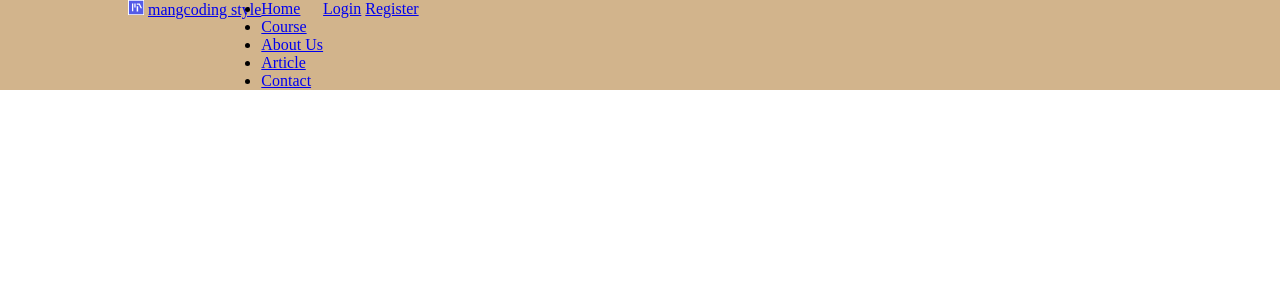
Repository: Dania-Alqam/landing-page
Page: index.html
An editor plug-in stored every save of this project. The page is shown before and after a run of saves, followed by the edit.
The browser window is 1280 px wide. The pictures show the whole page.

Above is the page before, as saved 2024-06-21 19:14:56.

### index.html
<!DOCTYPE html>
<html lang="en">
  <head>
    <meta charset="UTF-8" />
    <meta name="viewport" content="width=device-width, initial-scale=1.0" />
    <title>Document</title>
    <link rel="stylesheet" href="./assests/css/main.css" />
    <link />
  </head>
  <body>
    <header class="header">
      <div class="container">
        <div class="row">
          <div class="logo">
            <img src="./assests/images/Logo.svg" alt="logo" />
            <a href="#">mangcoding style</a>
          </div>
          <nav class="nav">
            <ul>
              <li>
                <a href="#">Home</a>
              </li>
              <li>
                <a href="#">Course</a>
              </li>
              <li>
                <a href="#">About Us</a>
              </li>
              <li>
                <a href="#">Article</a>
              </li>
              <li>
                <a href="#">Contact</a>
              </li>
            </ul>
          </nav>
          <div class="auth">
            <a href="#">Login</a>
            <a href="#">Register</a>
          </div>
        </div>
      </div>
    </header>
  </body>
</html>

### assests/css/main.css
*{
    margin: 0;
    padding: 0;
    box-sizing: border-box;
}
.container{

    width: 80%;
    margin: auto;
}

.header{
    /* it will not work becuase we added contianer so we add row*/
    /* display: flex; */
    background-color: tan
}

.row{
    display: flex;
}

After the next 3 saves:
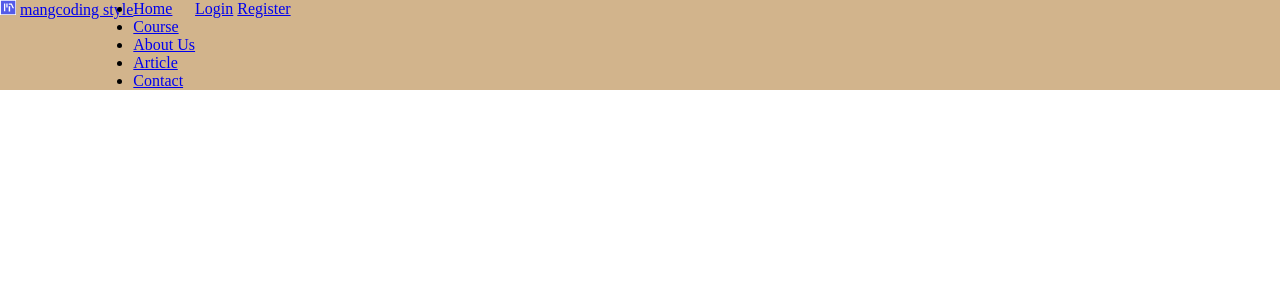
The 3 saves are shown as one change because they came seconds apart.
The last was saved 16 s later.
--- a/assests/css/main.css
+++ b/assests/css/main.css
@@ -4,7 +4,7 @@
     box-sizing: border-box;
 }
 .container{
-
+    /*/
     width: 80%;
     margin: auto;
 }

After the save that followed:
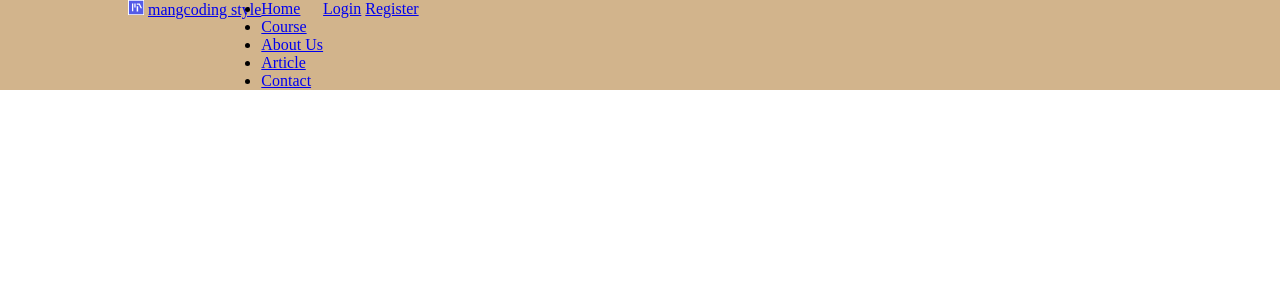
Saved 12 s later.
--- a/assests/css/main.css
+++ b/assests/css/main.css
@@ -4,7 +4,7 @@
     box-sizing: border-box;
 }
 .container{
-    /*/
+    /* width from fugma is 60px from each side*/
     width: 80%;
     margin: auto;
 }
